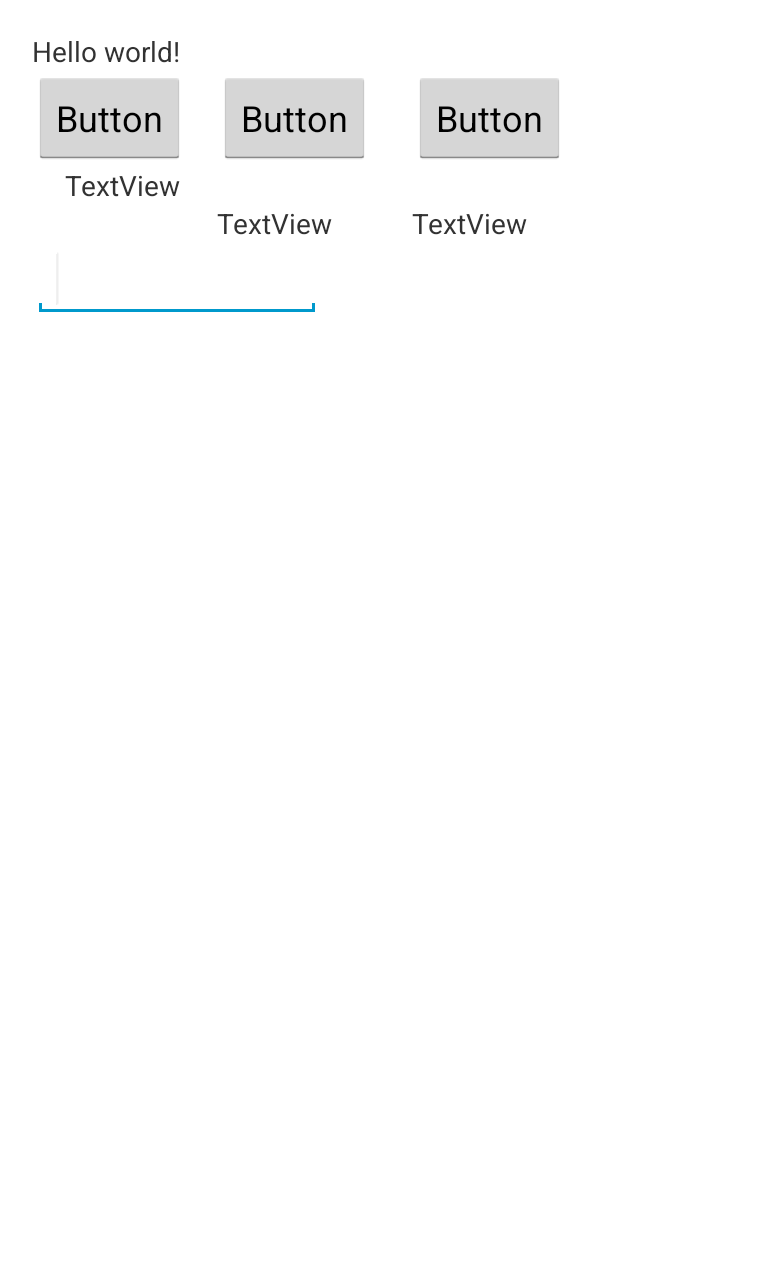
Repository: lukaszgor/mobilki
Layout: LAB6/To nieważne/Cw 6 przykład 2/Cw6zad2/res/layout/activity_main.xml
The author's editor kept a copy of each file at every save. The layout is drawn from the files as they stood at one save, then again after the next save.
It is drawn on a 768 x 1280 px phone screen (xhdpi) without system bars, with theme AppTheme; the app's code is not run.

Above is the layout before, as saved 2020-05-27 18:34:11.

### LAB6/To nieważne/Cw 6 przykład 2/Cw6zad2/res/layout/activity_main.xml
<RelativeLayout xmlns:android="http://schemas.android.com/apk/res/android"
    xmlns:tools="http://schemas.android.com/tools"
    android:layout_width="match_parent"
    android:layout_height="match_parent"
    android:paddingBottom="@dimen/activity_vertical_margin"
    android:paddingLeft="@dimen/activity_horizontal_margin"
    android:paddingRight="@dimen/activity_horizontal_margin"
    android:paddingTop="@dimen/activity_vertical_margin"
    tools:context="com.example.cw6zad2.MainActivity" >

    <TextView
        android:id="@+id/textView1"
        android:layout_width="wrap_content"
        android:layout_height="wrap_content"
        android:text="@string/hello_world" />

    <Button
        android:id="@+id/button1"
        android:layout_width="wrap_content"
        android:layout_height="wrap_content"
        android:layout_alignLeft="@+id/textView1"
        android:layout_below="@+id/textView1"
        android:text="Button" />

    <Button
        android:id="@+id/button3"
        android:layout_width="wrap_content"
        android:layout_height="wrap_content"
        android:layout_alignBaseline="@+id/button2"
        android:layout_alignBottom="@+id/button2"
        android:layout_marginLeft="20dp"
        android:layout_toRightOf="@+id/button2"
        android:text="Button" />

    <Button
        android:id="@+id/button2"
        android:layout_width="wrap_content"
        android:layout_height="wrap_content"
        android:layout_alignBaseline="@+id/button1"
        android:layout_alignBottom="@+id/button1"
        android:layout_marginLeft="15dp"
        android:layout_toRightOf="@+id/button1"
        android:text="Button" />

    <EditText
        android:id="@+id/editText1"
        android:layout_width="wrap_content"
        android:layout_height="wrap_content"
        android:layout_alignRight="@+id/button2"
        android:layout_below="@+id/button1"
        android:layout_marginRight="25dp"
        android:layout_marginTop="37dp"
        android:ems="10" >

        <requestFocus />
    </EditText>

    <TextView
        android:id="@+id/textView2"
        android:layout_width="wrap_content"
        android:layout_height="wrap_content"
        android:layout_alignRight="@+id/textView1"
        android:layout_below="@+id/button1"
        android:text="TextView" />

    <TextView
        android:id="@+id/textView3"
        android:layout_width="wrap_content"
        android:layout_height="wrap_content"
        android:layout_alignLeft="@+id/button2"
        android:layout_below="@+id/textView2"
        android:text="TextView" />

    <TextView
        android:id="@+id/textView4"
        android:layout_width="wrap_content"
        android:layout_height="wrap_content"
        android:layout_alignLeft="@+id/button3"
        android:layout_below="@+id/textView2"
        android:text="TextView" />

</RelativeLayout>

### LAB6/To nieważne/Cw 6 przykład 2/Cw6zad2/res/values/strings.xml
<?xml version="1.0" encoding="utf-8"?>
<resources>

    <string name="app_name">Cw6zad2</string>
    <string name="hello_world">Hello world!</string>
    <string name="action_settings">Settings</string>

</resources>

Loaded but not shown: LAB6/To nieważne/Cw 6 przykład 2/Cw6zad2/res/values/styles.xml (common file); LAB6/To nieważne/Cw 6 przykład 2/Cw6zad2/res/values-v11/styles.xml (common file); LAB6/To nieważne/Cw 6 przykład 2/Cw6zad2/res/values-v14/styles.xml (common file); LAB6/To nieważne/Cw 6 przykład 2/Cw6zad2/res/values/dimens.xml (common file); LAB6/To nieważne/Cw 6 przykład 2/Cw6zad2/res/values-w820dp/dimens.xml (common file)

After the next save:
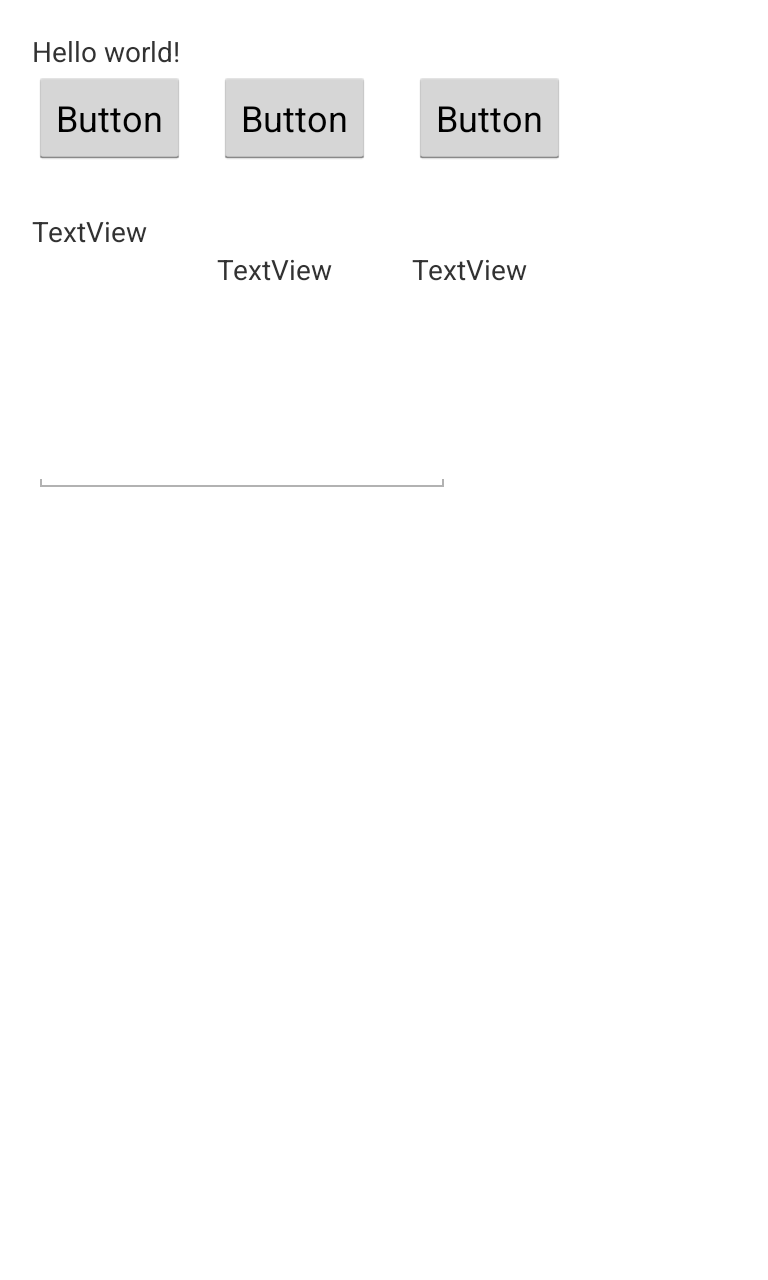
Saved 22 h 15 min later.
--- a/LAB6/To nieważne/Cw 6 przykład 2/Cw6zad2/res/layout/activity_main.xml
+++ b/LAB6/To nieważne/Cw 6 przykład 2/Cw6zad2/res/layout/activity_main.xml
@@ -42,27 +42,6 @@
         android:layout_toRightOf="@+id/button1"
         android:text="Button" />
 
-    <EditText
-        android:id="@+id/editText1"
-        android:layout_width="wrap_content"
-        android:layout_height="wrap_content"
-        android:layout_alignRight="@+id/button2"
-        android:layout_below="@+id/button1"
-        android:layout_marginRight="25dp"
-        android:layout_marginTop="37dp"
-        android:ems="10" >
-
-        <requestFocus />
-    </EditText>
-
-    <TextView
-        android:id="@+id/textView2"
-        android:layout_width="wrap_content"
-        android:layout_height="wrap_content"
-        android:layout_alignRight="@+id/textView1"
-        android:layout_below="@+id/button1"
-        android:text="TextView" />
-
     <TextView
         android:id="@+id/textView3"
         android:layout_width="wrap_content"
@@ -79,4 +58,22 @@
         android:layout_below="@+id/textView2"
         android:text="TextView" />
 
+    <EditText
+        android:id="@+id/editText1"
+        android:layout_width="wrap_content"
+        android:layout_height="wrap_content"
+        android:layout_alignLeft="@+id/button1"
+        android:layout_below="@+id/textView3"
+        android:layout_marginTop="64dp"
+        android:ems="10" />
+
+    <TextView
+        android:id="@+id/textView2"
+        android:layout_width="wrap_content"
+        android:layout_height="wrap_content"
+        android:layout_alignLeft="@+id/button1"
+        android:layout_below="@+id/button1"
+        android:layout_marginTop="23dp"
+        android:text="TextView" />
+
 </RelativeLayout>
